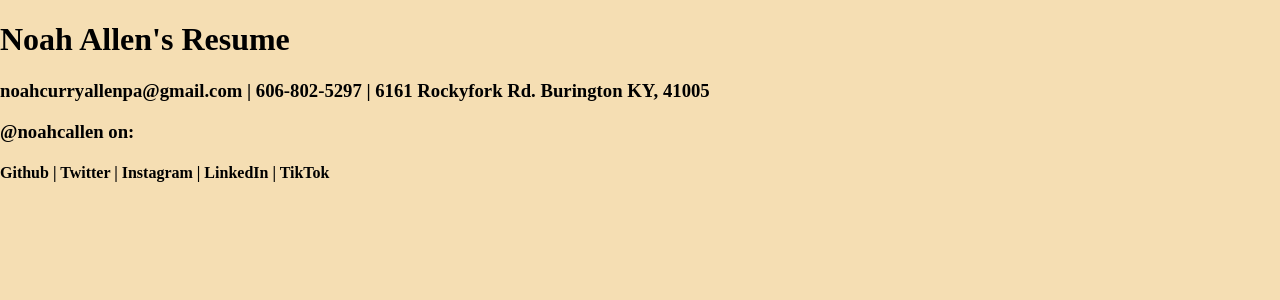
Repository: noahcallen/LAB-HTML-Resume
Page: index.html
These files come from the project's save history. The page is drawn as it stood at one moment and after the next save; the edit follows.
The browser window is 1280 px wide. The pictures show the whole page.

Above is the page before, as saved 2024-07-08 21:23:24.

### index.html
<!DOCTYPE html>
<html lang="en">
<head>
  <meta charset="UTF-8">
  <meta name="viewport" content="width=device-width, initial-scale=1.0">
  <title>Document</title>
  <link rel="stylesheet" href="main.css">
</head>
<body>
  <div class="HEADER"></div>
  <!--HEADER-->
  <h1>Noah Allen's Resume</h1>
  <h3> noahcurryallenpa@gmail.com | 606-802-5297 | 6161 Rockyfork Rd. Burington KY, 41005</h3>
<!--END HEADER-->
  </div>

  <article id="Job1">
    <h3></h3>
    <section>

    </section>
  </article>

  <article id="Job2">
    <h3></h3>
    <section>

    </section>
  </article>

  <article id="Job3">
    <h3></h3>
    <section>

    </section>
  </article>

  <div class="FOOTER">
    <!-- FOOTER-->
     <h3>@noahcallen on:</h3>
     <h4>Github | Twitter | Instagram | LinkedIn | TikTok</h4>
    <!-- FOOTER-->
  </div>



  <script src="main.js"></script>
</body>
</html>

### main.css
body {
  background-color: wheat;
  margin: auto;
  padding: auto;
}

Loaded but not shown: main.js (no stored copy; drawn as an empty file)

After the next save:
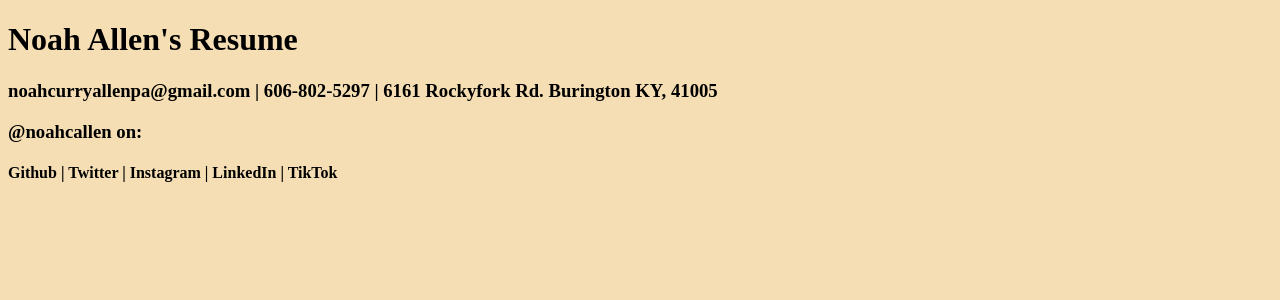
Saved 2 s later.
--- a/main.css
+++ b/main.css
@@ -1,5 +1,4 @@
 body {
   background-color: wheat;
-  margin: auto;
-  padding: auto;
+
 }
